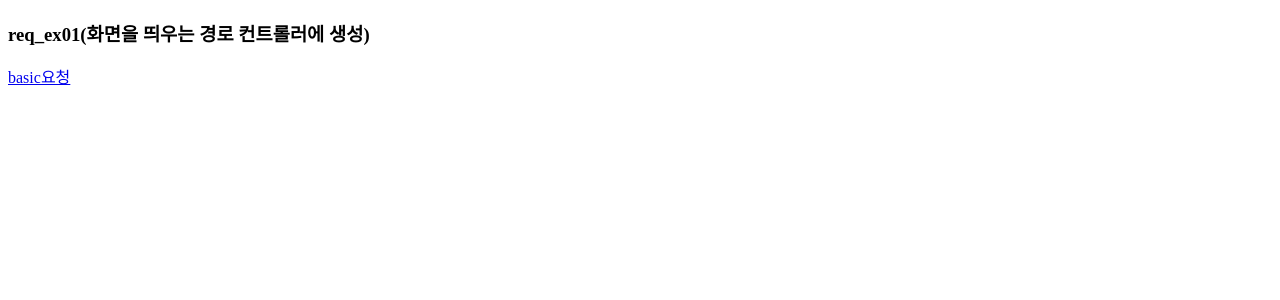
Repository: groovyplanet/spring_basic
Page: http://localhost/SpringBasic/request/req_ex01
The author's editor kept a copy of each file at every save. The page is drawn from the files as they stood at one save, then again after the next save.
The browser window is 1280 px wide. The pictures show the whole page.
The page is served by Tomcat 9.

Above is the page before, as saved 2024-08-02 01:32:45.

After the next save:
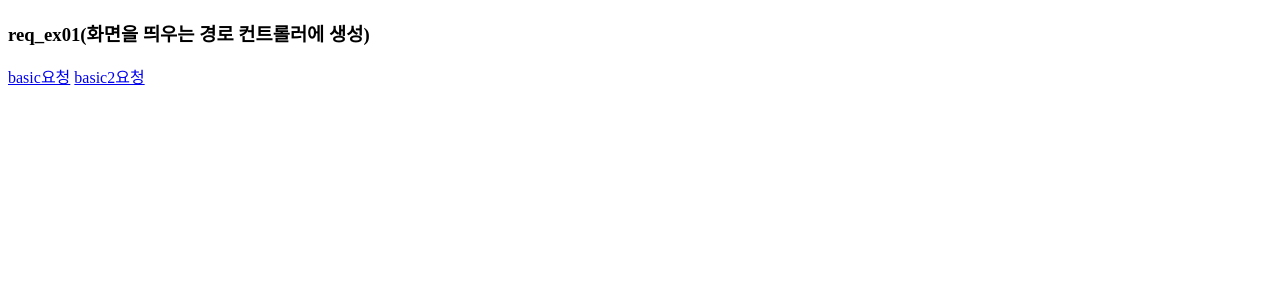
Saved 54 s later.
--- a/SpringBasic/src/main/webapp/WEB-INF/views/request/req_ex01.jsp
+++ b/SpringBasic/src/main/webapp/WEB-INF/views/request/req_ex01.jsp
@@ -12,6 +12,8 @@
 
 
 	<a href="basic">basic요청</a>
+	<a href="basic2">basic2요청</a>
+
 
 </body>
 </html>
